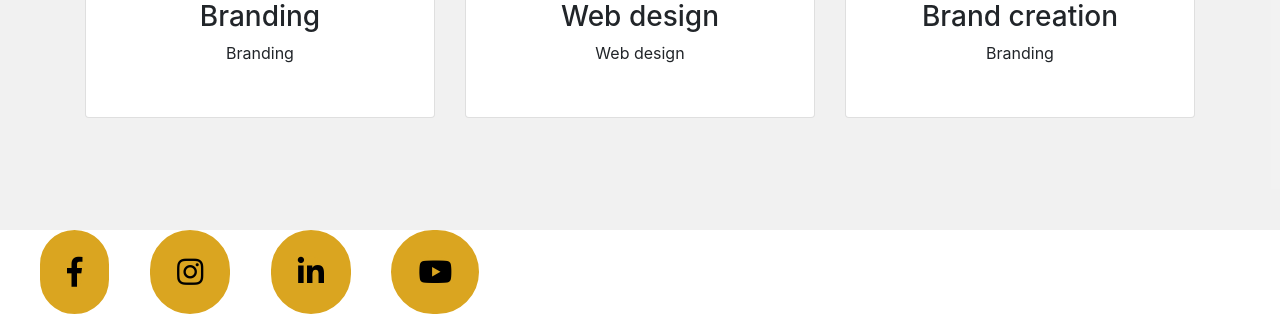
Repository: arek-adamik/golden-webpage
Page: index.html
These files come from the project's save history. The page is drawn as it stood at one moment and after the next save; the edit follows.
The browser window is 1280 px wide. The pictures show the part of the page from y = 2098 to 2680 px (the page is 2428 px tall before and 2680 px after).
Some web fonts or font styles are not loaded; a fallback is used. Some web libraries are served in a nearby version. The style sheet was rebuilt from its Sass, Less or Tailwind sources for each picture, by a compiler version that may differ from the author's.

Above is the page before, as saved 2021-05-04 16:22:17.

### index.html
<!DOCTYPE html>
<html lang="en">
  <head>
    <meta name="viewport" content="width=device-width, initial-scale=1.0">
    <meta charset="utf-8">
    <title>Golden - Official Site</title>
    <link rel="preconnect" href="https://fonts.gstatic.com">
    <link href="https://fonts.googleapis.com/css2?family=Krona+One&family=Molle:ital@1&family=Tinos&display=swap" rel="stylesheet">
    <link rel="stylesheet" href="https://use.fontawesome.com/releases/v5.5.0/css/all.css">
    <link rel="stylesheet" href="vendor/bootstrap-grid.css">
    <link rel="stylesheet" href="css/style.css">
    <link rel="stylesheet" href="https://stackpath.bootstrapcdn.com/bootstrap/4.5.1/css/bootstrap.min.css" integrity="sha384-VCmXjywReHh4PwowAiWNagnWcLhlEJLA5buUprzK8rxFgeH0kww/aWY76TfkUoSX" crossorigin="anonymous">
  </head>
  <body>
    <section class="page-head">
        <nav class="navigation">
            <p class="logo">GOLDEN</p>
                <ul>
                    <li><a href="#">HOME</a></li>
                    <li><a href="#">SERVICES</a></li>
                    <li><a href="#">PORTFOLIO</a></li>
                    <li><a href="#">ABOUT</a></li>
                    <li><a href="#">CONTACT</a></li>
                </ul>

        </nav>
        <header class="splash">
            <div class="splash-inner">
                <h2 class="page-subtitle">Welcome to our studio!</h2>
                <h1 class="page-title">IT'S NICE TO MEET YOU</h1>
                <a class="button" href="#">TELL ME MORE</a>
            </div>
      </header>
    </section>
    <section class="services py-5">
        <h2 class="section-subtitle">SERVICES</h2>
        <p class="services-text">Proin aliquet quis diam ut sollicitudin.</p>
        <div class="container">
            <div class="row py-5">
                <div class="col-md-4">
                    <i class="fas fa-shopping-basket"></i>
                    <h2 class="services-subbtitle">E-Commerce</h2>
                    <p>Lorem ipsum dolor sit amet, consectetur adipiscing elit. Praesent ullamcorper, nibh vel luctus aliquet, sapien massa vulputate turpis, in feugiat nulla purus eu risus.</p>
                </div>
                <div class="col-md-4">
                    <i class="far fa-check-square"></i>
                    <h2 class="services-subbtitle">Responsive Web</h2>
                    <p>Lorem ipsum dolor sit amet, consectetur adipiscing elit. Praesent ullamcorper, nibh vel luctus aliquet, sapien massa vulputate turpis, in feugiat nulla purus eu risus</p>
                </div>
                <div class="col-md-4">
                    <i class="fas fa-lock"></i>
                    <h2 class="services-subbtitle">Web Security</h2>
                    <p>Lorem ipsum dolor sit amet, consectetur adipiscing elit. Praesent ullamcorper, nibh vel luctus aliquet, sapien massa vulputate turpis, in feugiat nulla purus eu risus</p>
                </div>
        </div>
    </section>
    <section class="our-portfolio py-5">
        <h2 class="section-subtitle">OUR PORTFOLIO</h2>
        <p class="services-text">Proin aliquet quis diam ut sollicitudin.</p>
        <div class="container">
            <div class="row py-5">
                <div class="col-md-4">
                    <div class="card p-3 mb-3">
                        <div class="card-body">
                            <img src="https://images.pexels.com/photos/3910071/pexels-photo-3910071.jpeg?auto=compress&cs=tinysrgb&dpr=2&h=750&w=1260">
                            <h3 class="portfolio-subtitle">Ebony & Ivory</h3>
                            <p>Branding</p>
                        </div>
                    </div>
                </div>
                <div class="col-md-4">
                    <div class="card p-3 mb-3">
                        <div class="card-body">
                            <img src="https://images.pexels.com/photos/1827548/pexels-photo-1827548.jpeg?auto=compress&cs=tinysrgb&dpr=2&h=750&w=1260">
                            <h3 class="portfolio-subtitle">Clever Poster</h3>
                            <p>Print design</p>
                        </div>
                    </div>
                </div>
                <div class="col-md-4">
                    <div class="card p-3 mb-3">
                        <div class="card-body">
                            <img src="https://images.pexels.com/photos/6224/hands-people-woman-working.jpg?auto=compress&cs=tinysrgb&dpr=2&h=750&w=1260">
                            <h3 class="portfolio-subtitle">Smart Stationary</h3>
                            <p>Print Design</p>
                        </div>
                    </div>
                </div>
                <div class="col-md-4">
                    <div class="card p-3 mb-3">
                        <div class="card-body">
                            <img src="https://images.pexels.com/photos/965989/pexels-photo-965989.jpeg?auto=compress&cs=tinysrgb&dpr=2&h=750&w=1260">
                            <h3 class="portfolio-subtitle">Branding</h3>
                            <p>Branding</p>
                        </div>
                    </div>
                </div>
                <div class="col-md-4">
                    <div class="card p-3 mb-3">
                        <div class="card-body">
                            <img src="https://images.pexels.com/photos/160107/pexels-photo-160107.jpeg?auto=compress&cs=tinysrgb&dpr=2&h=750&w=1260">
                            <h3 class="portfolio-subtitle">Web design</h3>
                            <p>Web design</p>
                        </div>
                    </div>
                </div>
                <div class="col-md-4">
                    <div class="card p-3 mb-3">
                        <div class="card-body">
                            <img src="https://images.pexels.com/photos/1961792/pexels-photo-1961792.jpeg?auto=compress&cs=tinysrgb&dpr=2&h=750&w=1260">
                            <h3 class="portfolio-subtitle">Brand creation</h3>
                            <p>Branding</p>
                        </div>
                    </div>
                </div>
            </div>
        </div>
    </section>
    <footer>
        <ul>
            <li><a href="#"><i class="fab fa-facebook-f"></i>Facebook</a></li>
            <li><a href="#"><i class="fab fa-instagram"></i>Instagram</a></li>
            <li><a href="#"><i class="fab fa-linkedin-in"></i>Linkedin</a></li>
            <li><a href="#"><i class="fab fa-youtube"></i>Youtube</a></li>

        </ul>
    </footer>
  </body>
  </html>

### sass/style.scss
/* Variabbles */
$font-header: 'Krona One', sans-serif;
$font-logo: 'Molle', cursive;
$font-text: 'Tinos', serif;
/* Global */
body {
    margin: 0;
    font-size: 16px;
    line-height: 1.7;
    font-family: $font-text;
}
.container {
    max-width: 1140px;
    padding: 0 20px 0 20px;
    display: flex;
	justify-content: center;
	align-items: center;
	margin: auto;
}
/* Main section */
.page-head{
    background-image: url(https://images.pexels.com/photos/174524/pexels-photo-174524.jpeg?auto=compress&cs=tinysrgb&dpr=2&h=750&w=1260);
}

/* Navigation */
.navigation {
    padding: 12px 0 12px 0;
        ul {
            padding: 0;
            margin: 0;
            list-style-type: none;
            text-align: right;
        }

        }
        .logo {
            text-align: left;
            padding-top: 20px;
            margin-left: 40px;
            font-family: $font-logo;
            color: rgb(2, 2, 1);
            text-shadow: goldenrod;
            font-size: 30px;
        }
        li {
            display: inline-block;
            margin-right: 36px;
            position: relative;

        }
        a {
            color: rgb(0, 0, 0);
            font-family: $font-header;
        }
/* Splash */
.splash {
    min-height: 500px;
    display: flex;
        .page-title {
            margin: 0;
            font-size: 72px;
            font-weight: 700;
            line-height: 1.2;
            font-family: $font-header;
            text-align: center;
        }
        .page-subtitle {
            margin: 24px 0;
            font-weight: 400;
            font-size: 16px;
            font-family: $font-header;
            text-align: center;
        }
}
.splash-inner {
    margin: auto;
    max-width: 70%;
}
.button {
    display: block;
    margin: 0 auto;
    position: relative;
    padding: 20px 25px;
    font-size: 24px;
    cursor: pointer;
    text-align: center;
    text-decoration: none;
    outline: none;
    color: #fff;
    background-color: #070807;
    border: none;
    border-radius: 15px;
    width: 250px;
  }
  .button:hover {
      background-color: rgb(69, 70, 32)
    }
  .button:active {
    background-color: rgb(69, 70, 32);
    box-shadow: 0 5px #666;
    transform: translateY(4px);
    text-decoration: none;
  }
  /* Services */
  .services{
  .section-subtitle, .services-text{
      text-align: center;
  }
  i {
        font-size: 40px;
        color:goldenrod;
        display: flex;
        justify-content: center;
  }
}
.col-md-4 {
    h2 {
        text-align: center;
    }
}
 /* Portfolio */
.our-portfolio {
    background-color: rgba(241, 241, 241, 0.952);
}
.section-subtitle, .services-text{
    text-align: center;
}
.card-body {
    img {
        width: 100%;
        height: 300px;
        object-fit: cover;
    }
    p, h3 {
        text-align: center;
    }
}

 /* Footer */
 footer {
     i {
        font-size: 30px;
        border: solid;
        border-color: goldenrod;
        border-width: 27px;
        border-radius: 62px;
        background: goldenrod;
        text-align: center;
        color: black;

     }
     li {
        font-size: 0;
        text-align: right;
    }
 }

Loaded but not shown: vendor/bootstrap-grid.css (library)

After the next save:
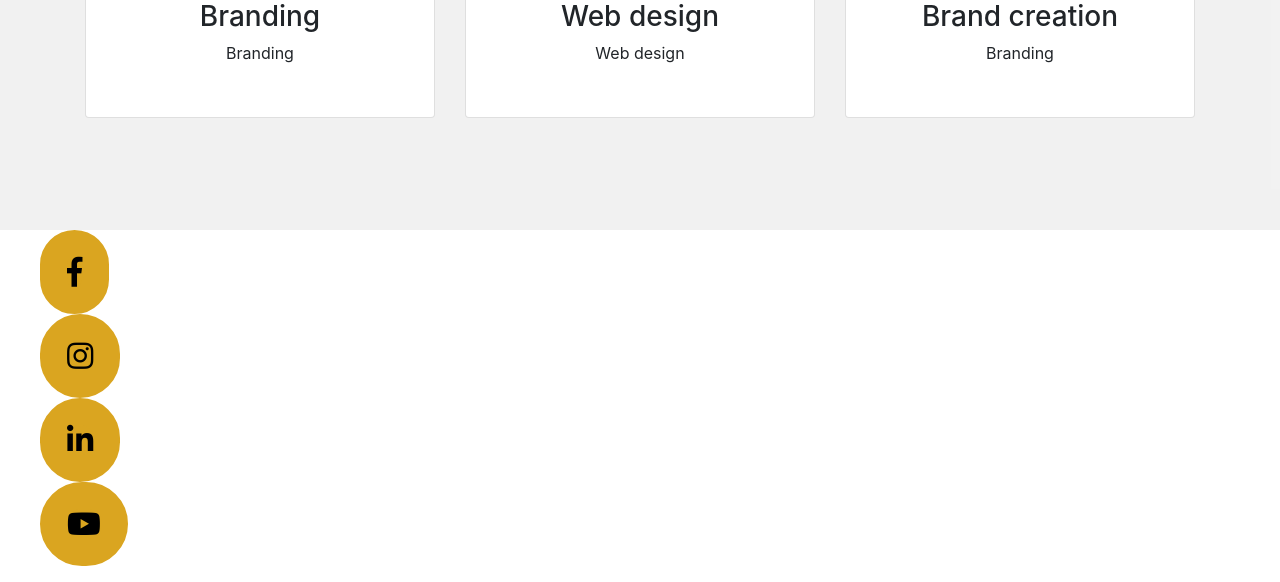
Saved 53 s later.
--- a/sass/style.scss
+++ b/sass/style.scss
@@ -150,7 +150,8 @@
 
      }
      li {
+         display: flex;
         font-size: 0;
-        text-align: right;
+        align-items: flex-end;
     }
  }

After the save that followed:
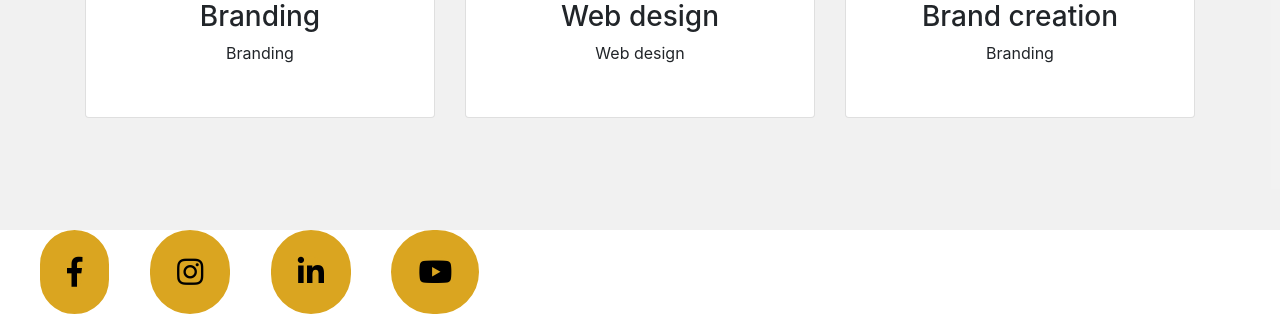
Saved 19 s later.
--- a/sass/style.scss
+++ b/sass/style.scss
@@ -150,7 +150,7 @@
 
      }
      li {
-         display: flex;
+         display: inline-flex;
         font-size: 0;
         align-items: flex-end;
     }
